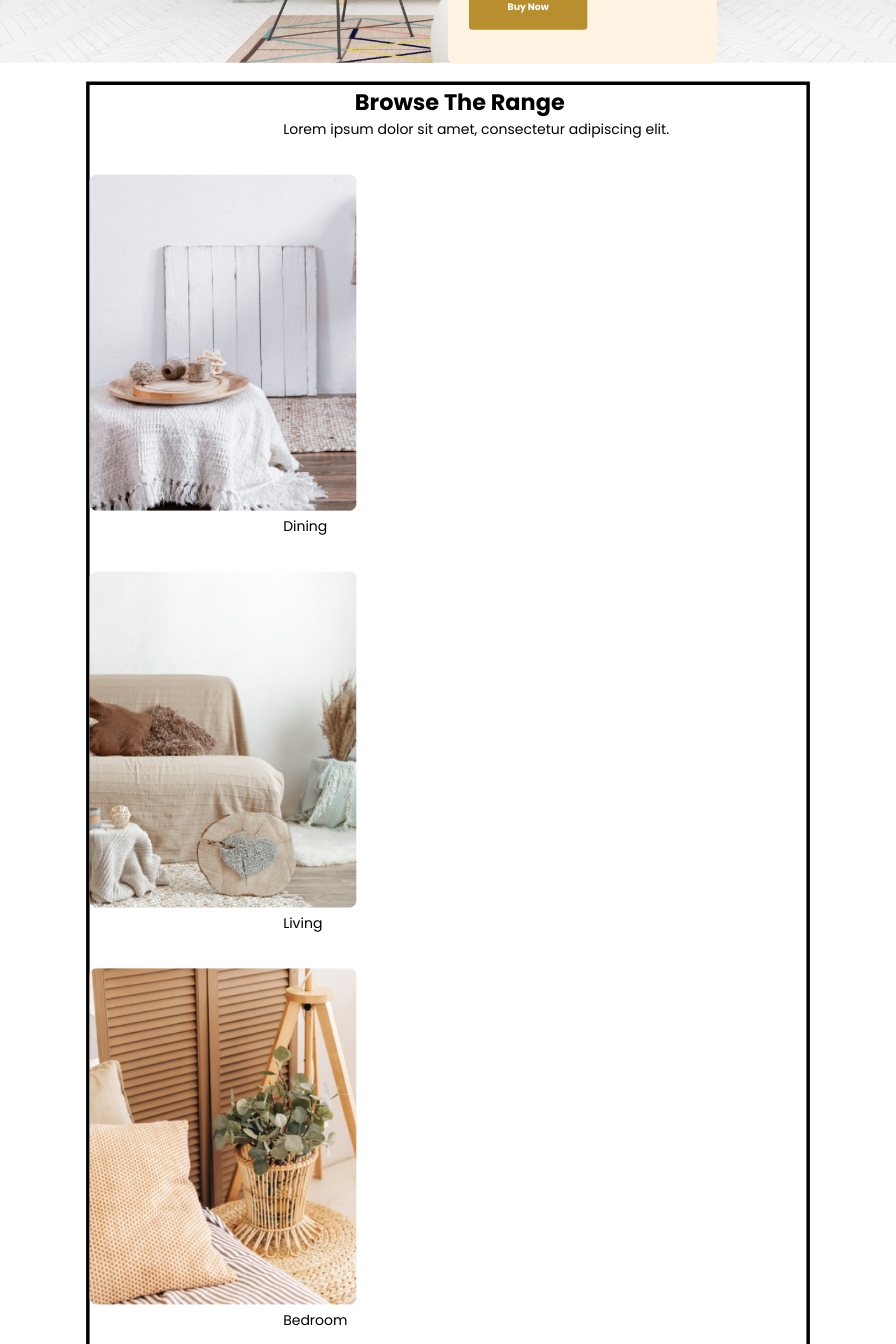
Repository: DT2301/project
Page: index.html
These files come from the project's save history. The page is drawn as it stood at one moment and after a run of saves; the edit follows.
The browser window is 1280 px wide. The pictures show the part of the page from y = 648 to 2568 px (the page is 2624 px tall before and 1490 px after), at 70% of full size.
A picture or video elsewhere on the page could not be fetched, so the positions and the page height are approximate.

Above is the page before, as saved 2024-01-07 10:35:29.

After the next 2 saves:
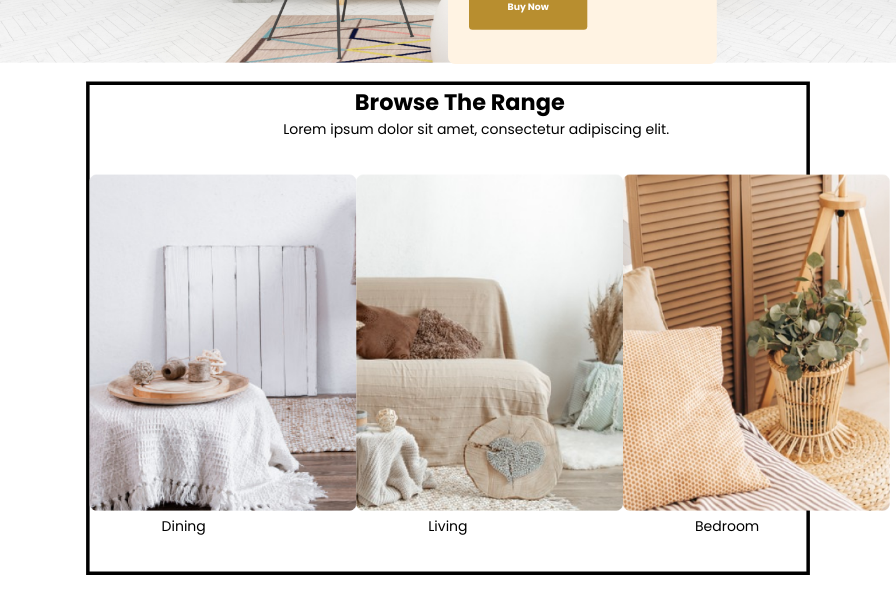
The 2 saves are shown as one change because they came seconds apart.
The last was saved 16 s later.
--- a/style.css
+++ b/style.css
@@ -118,3 +118,7 @@ ul {
     margin-left: 27%;
     margin-bottom: 50px;
 }
+
+.Browse__img{
+    display: flex;
+}
